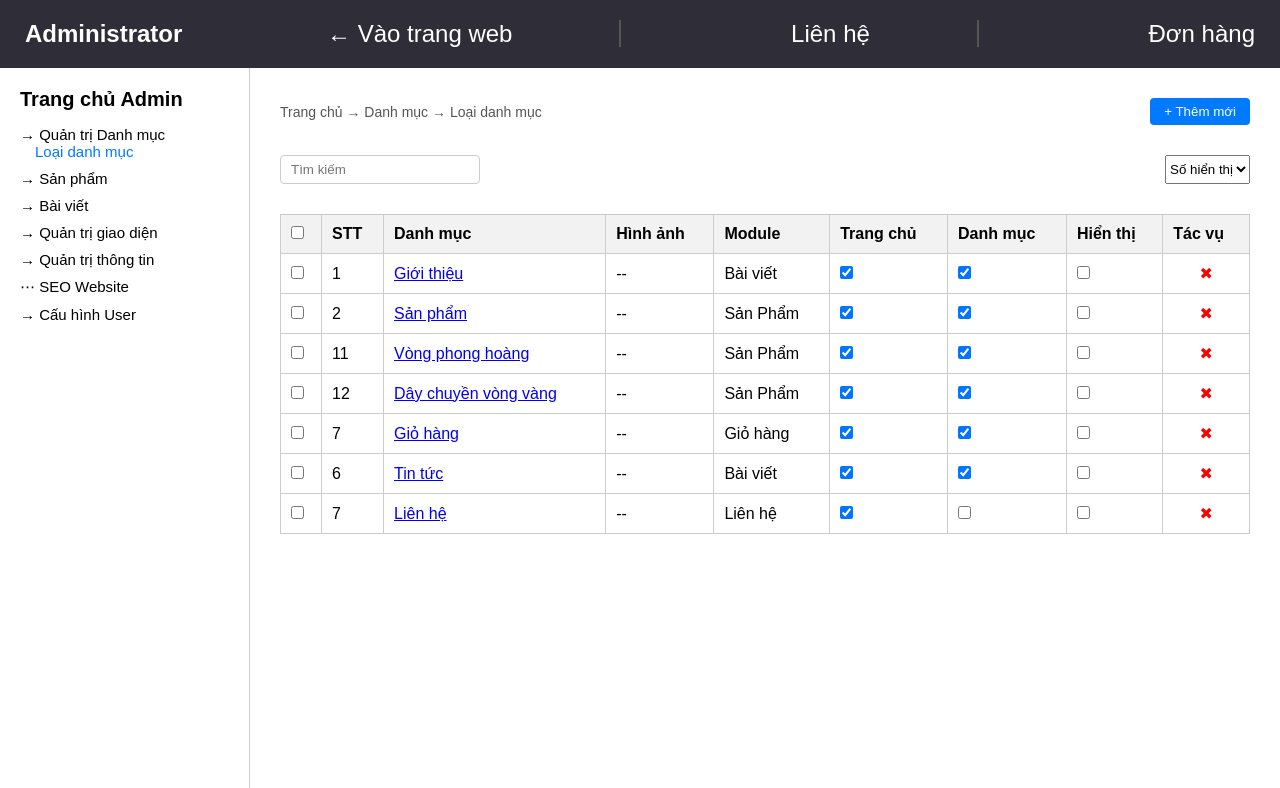
Repository: TranTanDat0606/Du-An-1
Page: Admin]/admin.html
These files come from the project's save history. The page is drawn as it stood at one moment and after the next save; the edit follows.
The browser window is 1280 px wide. The pictures show the whole page.

Above is the page before, as saved 2025-07-30 15:31:20.

### Admin]/admin.html
<!DOCTYPE html>
<html lang="vi">
<head>
    <meta charset="UTF-8" />
    <meta name="viewport" content="width=device-width, initial-scale=1.0"/>
    <title>Quản lý danh mục</title>
    <link rel="stylesheet" href="admin.css" />
</head>
<body>
    <header class="topbar">
    <div class="topbar-left">Administrator</div>
    <div class="topbar-right">
    <a href="#">← Vào trang web</a>
    <a href="#">Liên hệ</a>
    <a href="#">Đơn hàng</a></div>
</header>
    <div class="admin-container">
    <aside class="sidebar">
    <h2>Trang chủ Admin</h2>
    <ul>
        <li>→ Quản trị Danh mục
    <ul class="submenu">
            <li><a href="#">Loại danh mục</a></li>
    </ul>
        </li>
        <li>→ Sản phẩm</li>
        <li>→ Bài viết</li>
        <li>→ Quản trị giao diện</li>
        <li>→ Quản trị thông tin</li>
        <li>⋯ SEO Website</li>
        <li>→ Cấu hình User</li>
    </ul>
    </aside>
    <main class="main-content">
    <div class="header-bar">
        <span class="breadcrumbs">Trang chủ → Danh mục → Loại danh mục</span>
        <button class="btn-new">+ Thêm mới</button>
    </div>

    <div class="table-toolbar">
        <input type="text" class="search-input" placeholder="Tìm kiếm" />
        <select>
    <option>Số hiển thị</option>
        </select>
    </div>
    <table>
        <thead>
    <tr>
            <th><input type="checkbox" /></th>
            <th>STT</th>
            <th>Danh mục</th>
            <th>Hình ảnh</th>
            <th>Module</th>
            <th>Trang chủ</th>
            <th>Danh mục</th>
            <th>Hiển thị</th>
            <th>Tác vụ</th>
    </tr>
        </thead>
        <tbody>
    <tr>
            <td><input type="checkbox" /></td>
            <td>1</td>
            <td><a href="#">Giới thiệu</a></td>
            <td>--</td>
            <td>Bài viết</td>
            <td><input type="checkbox" checked /></td>
            <td><input type="checkbox" checked /></td>
            <td><input type="checkbox" /></td>
            <td class="text-danger">✖</td>
    </tr>
    <tr>
            <td><input type="checkbox" /></td>
            <td>2</td>
            <td><a href="#">Sản phẩm</a></td>
            <td>--</td>
            <td>Sản Phẩm</td>
            <td><input type="checkbox" checked /></td>
            <td><input type="checkbox" checked /></td>
            <td><input type="checkbox" /></td>
            <td class="text-danger">✖</td>
    </tr>
    <tr>
        <td><input type="checkbox" /></td>
        <td>11</td>
        <td><a href="#">Vòng phong hoàng</a></td>
        <td>--</td>
        <td>Sản Phẩm</td>
        <td><input type="checkbox" checked /></td>
        <td><input type="checkbox" checked /></td>
        <td><input type="checkbox" /></td>
        <td class="text-danger">✖</td>
    </tr>
    <tr>
        <td><input type="checkbox" /></td>
        <td>12</td>
        <td><a href="#">Dây chuyền vòng vàng</a></td>
        <td>--</td>
        <td>Sản Phẩm</td>
        <td><input type="checkbox" checked /></td>
        <td><input type="checkbox" checked /></td>
        <td><input type="checkbox" /></td>
        <td class="text-danger">✖</td>
    </tr>
    <tr>
        <td><input type="checkbox" /></td>
        <td>7</td>
        <td><a href="#">Giỏ hàng</a></td>
        <td>--</td>
        <td>Giỏ hàng</td>
        <td><input type="checkbox" checked /></td>
        <td><input type="checkbox" checked /></td>
        <td><input type="checkbox" /></td>
        <td class="text-danger">✖</td>
    </tr>
    <tr>
        <td><input type="checkbox" /></td>
        <td>6</td>
        <td><a href="#">Tin tức</a></td>
        <td>--</td>
        <td>Bài viết</td>
        <td><input type="checkbox" checked /></td>
        <td><input type="checkbox" checked /></td>
        <td><input type="checkbox"/></td>
        <td class="text-danger">✖</td>
    </tr>
    <tr>
        <td><input type="checkbox" name="" id=""></td>
        <td>7</td>
        <td><a href="#"> Liên hệ </a></td>
        <td>--</td>
        <td>Liên hệ</td>
        <td><input type="checkbox" checked></td>
        <td><input type="checkbox"></td>
        <td><input type="checkbox"></td>
        <td class="text-danger">✖</td>
    </tr>
        </tbody>
    </table>
    </main>
    </div>
</body>
</html>

### Admin]/admin.css
* {
    margin: 0;
    padding: 0;
    box-sizing: border-box;
    font-family: sans-serif;
}
/* header */
/* Topbar admin */
.topbar {
    background-color: #2f2e38;
    color: white;
    display: flex;
    justify-content: space-between;
    align-items: center;
    padding: 20px 25px;
    font-size: 24px;
}

.topbar-left {
    font-weight: bold;
}

.topbar-right a {
    color: white;
    text-decoration: none;
    margin-left: 100px;
    border-left: 2px solid #555;
    padding-left: 170px
}

.topbar-right a:first-child {
    border-left: none;
    padding-left: 0;
}
body {
    background: #f5f5f5;
}

.admin-container {
    display: flex;
    height: 100vh;
}

/* Sidebar */
.sidebar {
    width: 250px;
    background: #fff;
    border-right: 1px solid #ccc;
    padding: 20px;
}

.sidebar h2 {
    margin-bottom: 15px;
    font-size: 20px;
}

.sidebar ul {
    list-style: none;
}

.sidebar li {
    margin-bottom: 10px;
    font-size: 15px;
}

.sidebar .submenu {
    margin-left: 15px;
}

.sidebar a {
    color: #007bff;
    text-decoration: none;
}

/* Main Content */
.main-content {
    flex: 1;
    padding: 30px;
    background: #fff;
}

.header-bar {
    display: flex;
    justify-content: space-between;
    align-items: center;
}

.breadcrumbs {
    color: #555;
    font-size: 14px;
}

.btn-new {
    background: #007bff;
    color: #fff;
    border: none;
    padding: 6px 14px;
    border-radius: 4px;
    cursor: pointer;
}

.table-toolbar {
    margin: 30px 0;
    display: flex;
    justify-content: space-between;
}

.search-input {
    padding: 6px 10px;
    width: 200px;
    border: 1px solid #ccc;
    border-radius: 4px;
}

table {
    width: 100%;
    border-collapse: collapse;
    background: #fff;
}

table th,
table td {
    border: 1px solid #ccc;
    padding: 10px;
    text-align: left;
}

table th {
    background: #f2f2f2;
}

.text-danger {
    color: red;
    text-align: center;
}

After the next save:
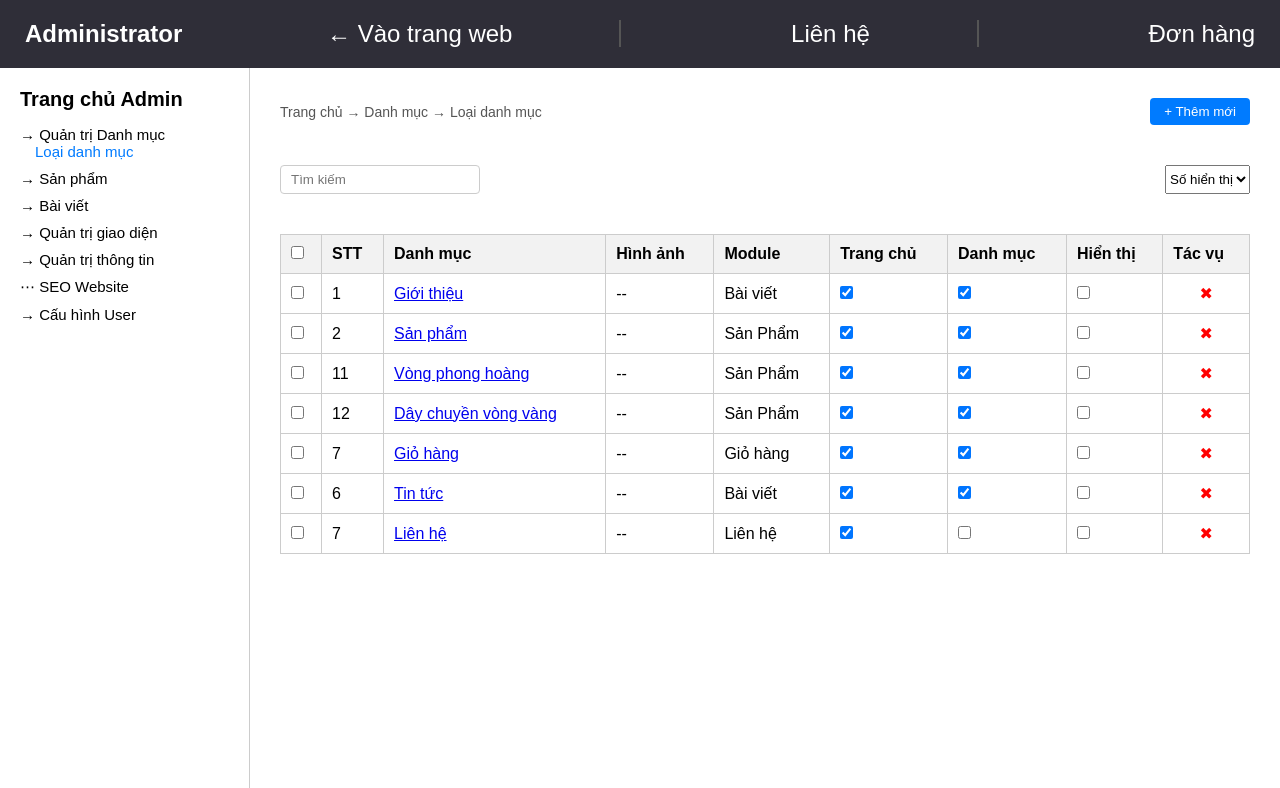
Saved 8 s later.
--- a/Admin]/admin.css
+++ b/Admin]/admin.css
@@ -100,7 +100,7 @@ body {
 }
 
 .table-toolbar {
-    margin: 30px 0;
+    margin: 40px 0;
     display: flex;
     justify-content: space-between;
 }
